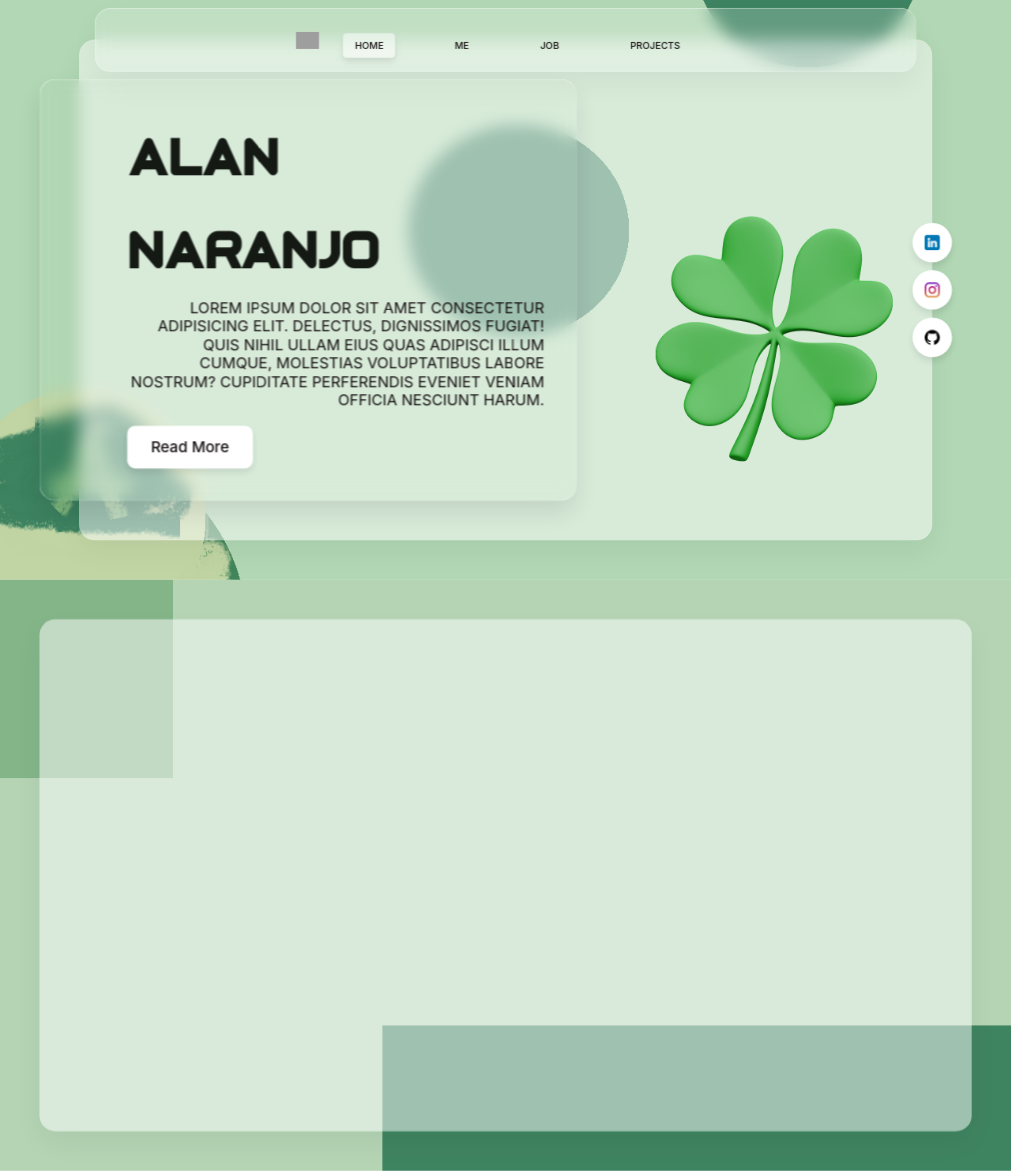
Repository: L-A-M-J-O/Me-sitio-Web
Page: / (app in my-project/)
The author's editor kept a copy of each file at every save. The page is drawn from the files as they stood at one save, then again after the next save.
The browser window is 1280 px wide. The pictures show the whole page, at 79% of full size.
Pictures or frames that could not be fetched are drawn as grey boxes. Backgrounds fixed to the window are drawn as part of the page. The project was rebuilt for these pictures with package versions that can differ from the ones it lists, and the page was loaded fresh each time.

Above is the page before, as saved 2022-09-19 17:10:04.

### my-project/src/App.jsx
import './App.css';
import Me from './components/Me/Me';

import Navbar from './components/Navbar/Navbar'


function App() {
  return (
    <>
      <Navbar/>
      <Me/>
    </>


  );
}

export default App;

### my-project/src/App.css
 * {
    margin: 0;
    padding: 0;
    box-sizing: border-box;
 }

### my-project/src/components/Me/Me.jsx
import React from 'react'

import '../Me/Me.css'

function Me() {
  return (
    <div className='section-me' id='me'>
      <div className='container-m-me'>

      </div>
    </div>
  )
}

export default Me

### my-project/src/components/Navbar/Navbar.jsx
import React from 'react'

import {Link} from 'react-scroll'

import logotipo from '../../assets/img/logotipo.png'
import icon from '../../assets/img/icon.png'
import instagram from '../../assets/img/instagram.png'
import linkedin from '../../assets/img/linkedin.png'
import github from '../../assets/img/github.png'

import '../Navbar/Navbar.css'


function Navbar() {
  return (
    <section id='nav'>
      <div className='container-m'>
        <header>
          <Link to='nav' className='logo'><img src={ icon} alt='icon' width={30}/></Link>
          <ul>
            <li><Link to='nav' className='active'>Home</Link></li>
            <li><Link to='me' href='#' className=''>Me</Link></li>
            <li><Link href='#' className=''>Job</Link></li>
            <li><Link href='#' className=''>Projects</Link></li>
          </ul>
        </header>
        <div className='content'>
          <h2>Alan Naranjo</h2>
          <p>Lorem ipsum dolor sit amet consectetur adipisicing elit. Delectus, dignissimos fugiat! Quis nihil ullam eius quas adipisci illum cumque, molestias voluptatibus labore nostrum? Cupiditate perferendis eveniet veniam officia nesciunt harum.</p>
          <Link href='#'>Read More</Link>
        </div>
        <div className='img-icon'>
          <img src={ logotipo } alt='logotipo'/>
        </div>
        <ul className='sci'>
          <li><Link href='#'><img src={linkedin} alt='linkedin'/></Link></li>
          <li><Link href='#'><img src={instagram} alt='instagram'/></Link></li>
          <li><Link href='#'><img src={github} alt='github'/></Link></li>
        </ul>
      </div>
    </section>
  )
}

export default Navbar

### my-project/src/components/Me/Me.css
.section-me {
    display: flex;
    justify-content: center;
    align-items: center;
    min-height: 100vh;
    background-image: url(../../assets/img/banner1.png);
    background-position: center;
    background-attachment: fixed;
    padding: 50px;
}
.container-m-me {
    position: relative;
    width: 100%;
    height: 90vh;
    background-color: rgba(255, 255, 255, 0.5);
    box-shadow:  0 15px 35px rgba(0, 0, 0, 0.05);
    border-radius: 20px;
    display: flex;
    justify-content: space-between;
    align-items: center;
    padding: 50px;
}

### my-project/src/components/Navbar/Navbar.css
@font-face {
    font-family: Osiris;
    src: url(../../assets//img/Osiris.otf);
}

section {
    display: flex;
    justify-content: center;
    align-items: center;
    min-height: 100vh;
    background-image: url(../../assets/img/banner.png);
    background-position: center;
    background-attachment: fixed;
    padding: 50px;
}
.container-m{
    position: relative;
    width: calc(100% - 100px);
    height: 88vh;
    background-color: rgba(255, 255, 255, 0.5);
    box-shadow:  0 15px 35px rgba(0, 0, 0, 0.05);
    border-radius: 20px;
    display: flex;
    justify-content: space-between;
    align-items: center;
    padding: 50px;
}
header {
    position: absolute;
    top: -40px;
    right: 20px;
    left: 20px;
    padding: 20px 50px;
    display: flex;
    justify-content: center;
    align-items: baseline;
    background: rgba(255, 255, 255, 0.2);
    box-shadow:  0 15px 35px rgba(0, 0, 0, 0.05);
    border-radius: 20px;
    backdrop-filter: blur(10px);
    border: 1px solid rgba(255, 255, 255, 0.25);
    border-top: 1px solid rgba(255, 255, 255, 0.5);
    border-left: 1px solid rgba(255, 255, 255, 0.5);
}

header .logo {
    color: #140f10;
    font-weight: 700;
    text-decoration: none;
    font-size: 2rem;
}
header ul {
    display: flex;
}
header ul li {
    list-style: none;
    margin:  0 30px;
}
header ul li a {
    border: var(--default-border-width) solid var(--default-border-color);
    border-radius: var(--default-border-radius);
    text-transform: uppercase;
    font-weight: 500;
    font-size: max(12px,.9375vw);
    padding: 0 1.3333em;
    height: 2.5555em;
    line-height: 1.2222222222;
    transition: background-color .15s ease-in-out;
    -webkit-appearance: none;
    appearance: none;
    text-decoration: none;
    color: #140f10;
    padding: 8px 15px;
    border-radius: 25px;
    cursor: pointer;
}
header ul li a:hover,
header ul li a.active {
    border-radius: 5px;
    background-color: #ffffff81;
    color: #140f10;
    box-shadow: 0 5px 10px rgba(0, 0, 0, 0.1);
}

.content {
    transform: translateX(-100px);
    max-width: 700px;
    box-shadow:  0 15px 30px rgba(0, 0, 0, 0.1);
    border-radius: 20px;
    backdrop-filter: blur(10px);
    border: 1px solid rgba(255, 255, 255, 0.25);
    border-top: 1px solid rgba(255, 255, 255, 0.5);
    border-left: 1px solid rgba(255, 255, 255, 0.5);
    padding: 40px;
    padding-left: 110px;
}
.content h2 {
    font-family: Osiris;
    font-size: 4rem;
    line-height: 1.85;
    text-transform: lowercase;
    margin: 0;
    color: #141914;
}
.content p {
    text-align: end;
    border: var(--default-border-width) solid var(--default-border-color);
    border-radius: var(--default-border-radius);
    text-transform: uppercase;
    font-weight: 400;
    font-size: max(12px,.9375vw);
    line-height: 1.2222222222;
    transition: background-color .15s ease-in-out;
    -webkit-appearance: none;
    appearance: none;
    font-size: 1.2em;
    color: #140f10;
}
.content a {
    display: inline-block;
    padding: 15px 30px;
    background: #fff;
    color: #140f10;
    margin-top: 20px;
    border-radius: 10px;
    font-size: 1.2em;
    font-weight: 500;
    text-decoration: none;
    box-shadow:  0 5px 10px rgba(0, 0, 0, 0.1);
}
.img-icon img {
    max-width: 400px;
    animation: animate 5s linear infinite;
}
@keyframes animate {
    0%,100%{
        transform: translateY(50px);
    }
    50% {
        transform: translateY(100px);
    }
}
.sci {
    position: absolute;
    right: -25px;
    display: flex;
    justify-content: center;
    align-items: center;
    flex-direction: column;
}
.sci li {
    list-style: none;
}
.sci li a {
    text-decoration: none;
    width: 50px;
    height: 50px;
    background: #fff;
    display: flex;
    justify-content: center;
    align-items: center;
    border-radius: 50%;
    margin: 5px 0;
    box-shadow: 0 5px 10px rgba(0, 0, 0, 0.1);
}
.sci li a img {
    transform: scale(0.6);
    transition: 0.5s;
}
sci li:hover a img {
    transform: scale(0.6) rotate(360deg);
}

Loaded but not shown: my-project/src/index.js (common file); my-project/src/index.css (common file); my-project/src/reportWebVitals.js (common file)

After the next save:
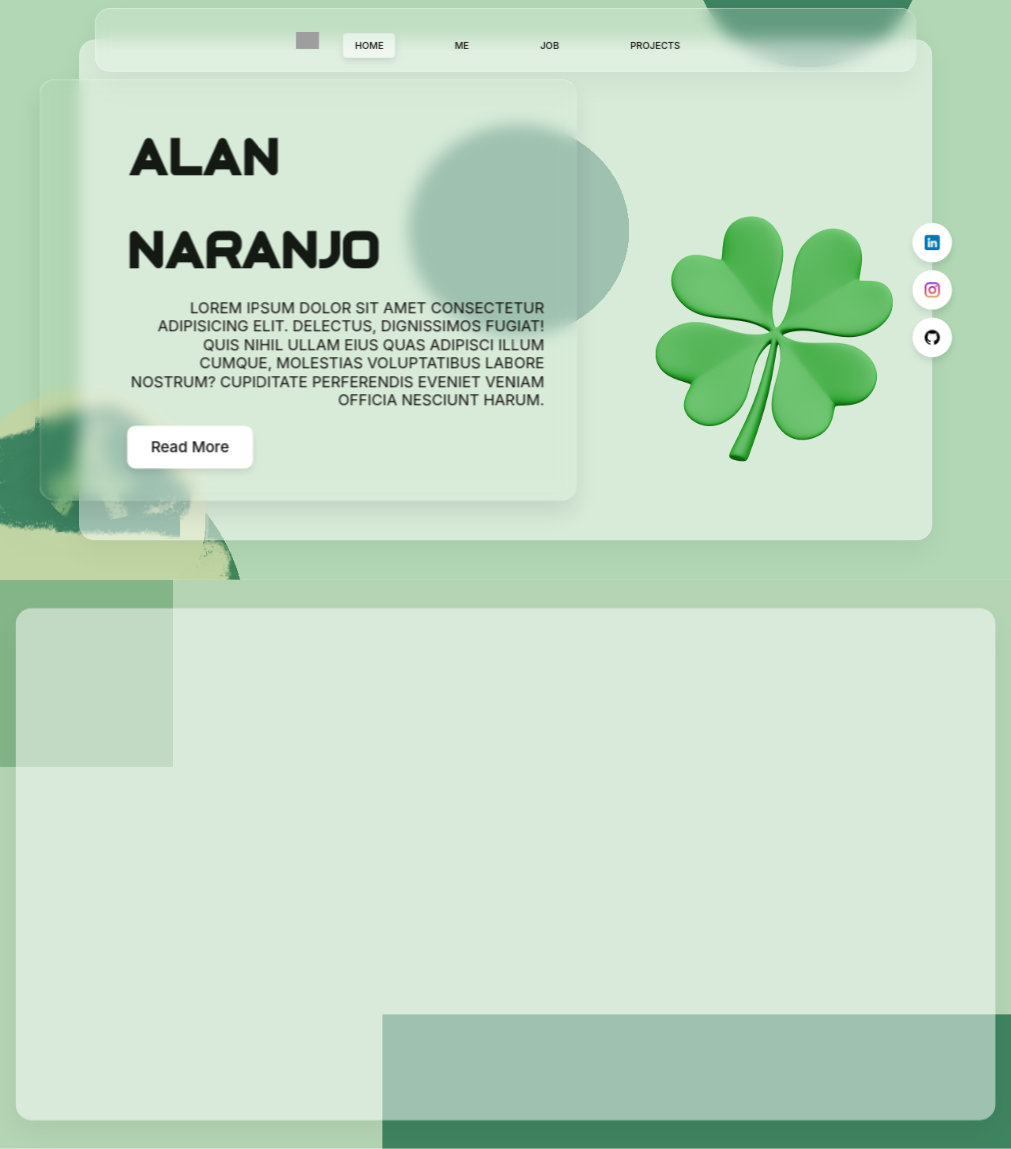
Saved 5 s later.
--- a/my-project/src/components/Me/Me.css
+++ b/my-project/src/components/Me/Me.css
@@ -6,7 +6,7 @@
     background-image: url(../../assets/img/banner1.png);
     background-position: center;
     background-attachment: fixed;
-    padding: 50px;
+    padding: 20px;
 }
 .container-m-me {
     position: relative;
